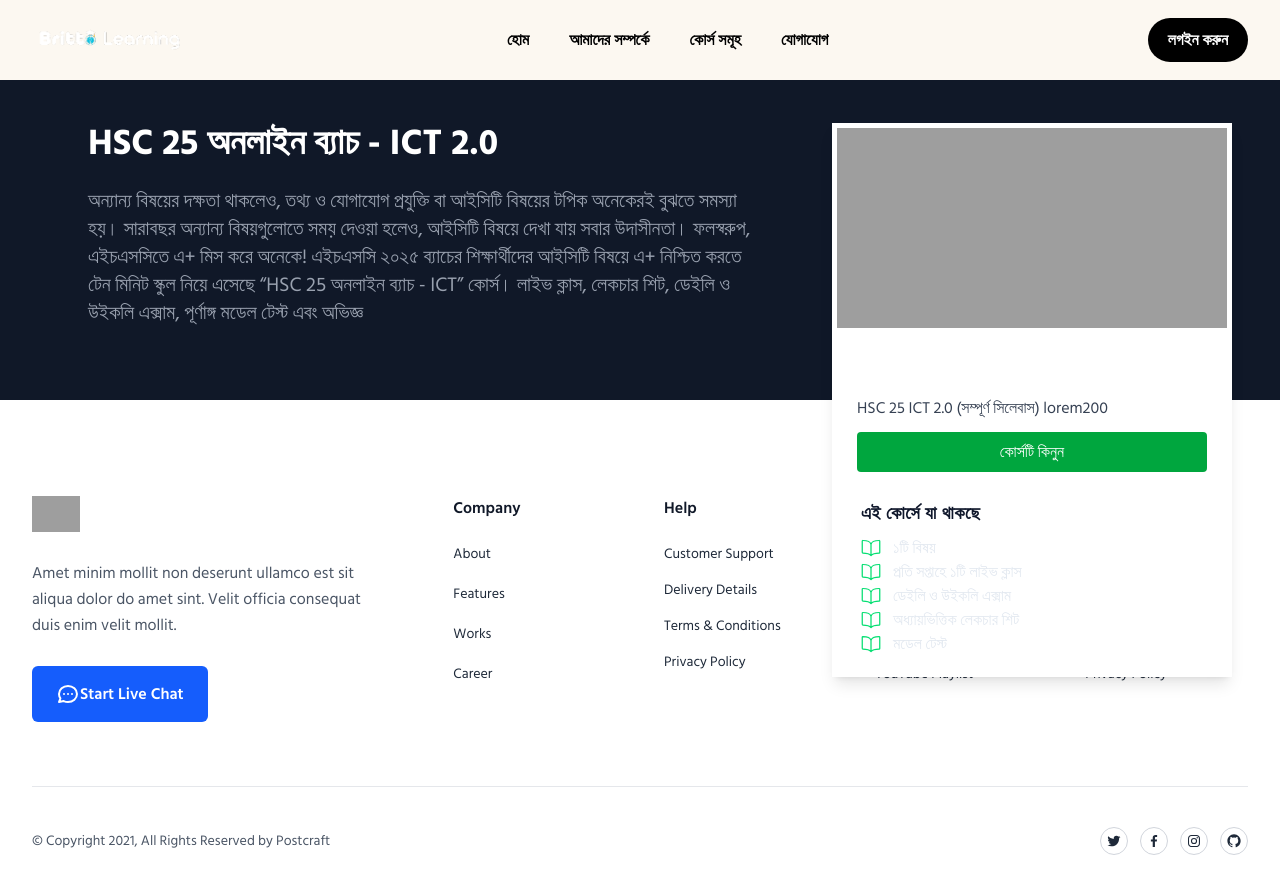
Repository: Ruddro420/course-selling
Page: /single-course
An editor plug-in stored every save of this project. The page is shown before and after the next save, followed by the edit.
The browser window is 1280 px wide. The pictures show the whole page.
Pictures or frames that could not be fetched are drawn as grey boxes. The project was rebuilt for these pictures with package versions that can differ from the ones it lists, and the page was loaded fresh each time. Also part of the build but not shown: vite.config.js, src/components/AboutSection.jsx, src/components/ContactSection.jsx, src/components/CourseSection.jsx, src/components/Hero.jsx, src/components/TeamSection.jsx, src/components/WhyUsSection.jsx, src/pages/Home.jsx and 2 more.

Above is the page before, as saved 2025-02-06 03:46:06.

### index.html
<!doctype html>
<html lang="en">

<head>
  <meta charset="UTF-8" />
  <link rel="icon" type="image/svg+xml" href="/img/fav-icon.jpg" />
  <meta name="viewport" content="width=device-width, initial-scale=1.0" />
  <link rel="preconnect" href="https://fonts.googleapis.com">
  <link rel="preconnect" href="https://fonts.gstatic.com" crossorigin>
  <link href="https://fonts.googleapis.com/css2?family=Hind+Siliguri:wght@300;400;500;600;700&display=swap"
    rel="stylesheet">
  <title>Britto Learning</title>
</head>

<body>
  <div id="root"></div>
  <script type="module" src="/src/main.jsx"></script>
</body>

</html>

### src/main.jsx
import { StrictMode } from 'react'
import { createRoot } from 'react-dom/client'
import './index.css'
import {
  createBrowserRouter,
  RouterProvider,
} from "react-router-dom";
import Home from './pages/Home.jsx';
import MainLayout from './MainLayout/MainLayout.jsx';
import LoginPage from './pages/LoginPage.jsx';
import AuthPage from './pages/AuthPage.jsx';
import CoursePage from './pages/CoursePage.jsx';

const router = createBrowserRouter([
  {
    path: "/",
    element: <MainLayout />,
    children: [
      {
        path: '/',
        element: <Home />
      },
      {
        path: '/single-course',
        element: <CoursePage />
      }
    ]
  },
  {
    path: '/login',
    element: <LoginPage />
  },
  {
    path: '/register',
    element: <AuthPage />
  }
]);

createRoot(document.getElementById('root')).render(
  <StrictMode>
    <RouterProvider router={router} />
  </StrictMode>,
)

### src/index.css
@import "tailwindcss";
/* Hind Siliguri Font */
@import url('https://fonts.googleapis.com/css2?family=Hind+Siliguri:wght@300;400;500;600;700&display=swap');

/* Basic Setup */
body {
  font-family: "Hind Siliguri", serif!important;
}
.course{
  padding-top: 4rem;
}

.main-card{
  border: 5px solid white;
  width: 400px;
}
.hero-cards{
  margin-top: 200px;
}
.card-vedio{
  height: 200px;
}


.sylebus{
  width: 616px;
}

@media(max-width:768px){

  .course-hero-section {

      height: 550px;
      margin-bottom: 400px;
  }
  .course{
      /* height: 550px; */

  }
  .course-hero{
      margin-top: 330px;
  }
  .hero-cards{
      margin-top: 0px;
      padding-top: 10px;
  }
  .hero-cards2{
      margin-top: 0px;
      padding-top: 0px;
  }
  .main-card{
      border: 5px solid white;
      width: 350px;
      margin: auto;
  }
  .sylebus{
      width: 360px;
  }

}

### src/MainLayout/MainLayout.jsx
import { Outlet } from "react-router-dom";
import Header from "../components/Header";
import MainFooter from "../components/MainFooter";

const MainLayout = () => {
    return (
        <div>
            <Header />
            <Outlet />
            <MainFooter />
        </div>
    );
};

export default MainLayout;

### src/pages/CoursePage.jsx

import CourseHero from '../components/courseComponent/CourseHero';

const CoursePage = () => {
  return (
    <>
      <CourseHero />
    </>
  );
};

export default CoursePage;

### src/components/Header.jsx
import { Link } from "react-router-dom";

const Header = () => {
    return (
        <div>
            <header className="bg-[#FCF8F1] bg-opacity-30">
                <div className="px-4 mx-auto sm:px-6 lg:px-8">
                    <div className="flex items-center justify-between h-16 lg:h-20">
                        <div className="flex-shrink-0">
                            <a href="#" title="" className="flex">
                                <img className="w-auto h-8" src="../../img/logo.png" alt="" />
                            </a>
                        </div>

                        <button type="button" className="inline-flex p-2 text-black transition-all duration-200 rounded-md lg:hidden focus:bg-gray-100 hover:bg-gray-100">
                            {/*    <!-- Menu open: "hidden", Menu closed: "block" --> */}
                            <svg className="block w-6 h-6" xmlns="http://www.w3.org/2000/svg" fill="none" viewBox="0 0 24 24" stroke="currentColor">
                                <path strokeLinecap="round" strokeLinejoin="round" strokeWidth="2" d="M4 8h16M4 16h16"></path>
                            </svg>

                            {/*  <!-- Menu open: "block", Menu closed: "hidden" --> */}
                            <svg className="hidden w-6 h-6" xmlns="http://www.w3.org/2000/svg" fill="none" viewBox="0 0 24 24" stroke="currentColor">
                                <path strokeLinecap="round" strokeLinejoin="round" strokeWidth="2" d="M6 18L18 6M6 6l12 12"></path>
                            </svg>
                        </button>

                        <div className="hidden lg:flex lg:items-center lg:justify-center lg:space-x-10">
                            <a href="#" title="" className="text-base text-black transition-all duration-200 hover:text-opacity-80 font-bold"> হোম </a>

                            <a href="#" title="" className="text-base text-black transition-all duration-200 hover:text-opacity-80 font-bold"> আমাদের সম্পর্কে </a>

                            <a href="#" title="" className="text-base text-black transition-all duration-200 hover:text-opacity-80 font-bold"> কোর্স সমূহ </a>

                            <a href="#" title="" className="text-base text-black transition-all duration-200 hover:text-opacity-80 font-bold"> যোগাযোগ </a>
                        </div>

                        <Link to='/login' href="#" title="" className="hidden lg:inline-flex items-center justify-center px-5 py-2.5 text-base transition-all duration-200 hover:bg-yellow-300 hover:text-black focus:text-black focus:bg-yellow-300 font-semibold text-white bg-black rounded-full" role="button"> লগইন করুন </Link>
                    </div>
                </div>
            </header>
        </div>
    );
};

export default Header;

### src/components/courseComponent/CourseHero.jsx
import { IoBookOutline } from "react-icons/io5";

const CourseHero = () => {
  return (
    <div>
    <div className="bg-gray-900 py-20 course-hero-section  h-80 flex items-center justify-between mx-auto p-4">
      <div className="container mx-auto mt-10 max-w-screen-xl md:px-12">
        <div className="flex flex-col course-hero md:flex-row md:gap-12">

          <div className="md:w-1/2 lg:w-2/3 pt-20 px-6 flex-grow hero-cards">
            <h1 className=" md:text-4xl text-xl text-white font-bold mb-6">
              HSC 25 অনলাইন ব্যাচ - ICT 2.0
            </h1>
            <p className="text-md md:text-xl lg:text-xl text-gray-400 mb-8">
              অন্যান্য বিষয়ের দক্ষতা থাকলেও, তথ্য ও যোগাযোগ প্রযুক্তি বা
              আইসিটি বিষয়ের টপিক অনেকেরই বুঝতে সমস্যা হয়। সারাবছর অন্যান্য
              বিষয়গুলোতে সময় দেওয়া হলেও, আইসিটি বিষয়ে দেখা যায় সবার উদাসীনতা।
              ফলস্বরুপ, এইচএসসিতে এ+ মিস করে অনেকে! এইচএসসি ২০২৫ ব্যাচের
              শিক্ষার্থীদের আইসিটি বিষয়ে এ+ নিশ্চিত করতে টেন মিনিট স্কুল নিয়ে
              এসেছে “HSC 25 অনলাইন ব্যাচ - ICT” কোর্স। লাইভ ক্লাস, লেকচার শিট,
              ডেইলি ও উইকলি এক্সাম, পূর্ণাঙ্গ মডেল টেস্ট এবং অভিজ্ঞ
            </p>
          </div>

          <div className="md:w-1/2 lg:w-1/3 z-40  pt-20  md:mt-12  flex-shrink-0 hero-cards hero-cards2">
            <div className="max-w-md pb-4  bg-white  border-gray-200 dark:bg-gray-800 dark:border-gray-700  shadow-lg main-card">
              <a href="#">
                <iframe
                  className="w-full card-vedio"
                  src="https://www.youtube.com/embed/IjlYXtI2-GU?si=gBJ8wmkM5Jta3u4m"
                  title="YouTube video player"
                  frameBorder="0"
                  allow="accelerometer; autoplay; clipboard-write; encrypted-media; gyroscope; picture-in-picture; web-share"
                  referrerPolicy="strict-origin-when-cross-origin"
                  allowFullScreen
                ></iframe>
              </a>
              {/* Fee-container */}
              <div className="suggestion-pricing dark:text-white">
                <div className="p-5">
                  <a href="#">
                    <h5 className="mb-2 text-2xl font-bold tracking-tight text-gray-900 dark:text-white">
                      <span className="text-4xl font-semibold text-white tracking-tighter">
                        ৳1500
                      </span>
                    </h5>
                  </a>
                  <p className="mb-3 font-normal dark:text-white text-gray-700">
                    HSC 25 ICT 2.0 (সম্পূর্ণ সিলেবাস) lorem200
                  </p>
                  <button className="bg-green-600 whitespace-nowrap text-center md:w-full w-full rounded py-2 lg:py-2 text-white ">
                    কোর্সটি কিনুন
                  </button>
                </div>

                <div className="">
                  <h3 className="text-lg  font-bold text-slate-900 tracking-wide uppercase px-6 py-2">
                    এই কোর্সে যা থাকছে
                  </h3>
                  <li className="flex space-x-3 items-center px-6">
                    <IoBookOutline className="flex-shrink-0  h-5 w-5 text-green-400" />
                    <span className="text-base text-slate-200">১টি বিষয়</span>
                  </li>
                  <li className="flex space-x-3 items-center px-6">
                    <IoBookOutline className="flex-shrink-0  h-5 w-5 text-green-400" />
                    <span className="text-base text-slate-200">
                      প্রতি সপ্তাহে ১টি লাইভ ক্লাস
                    </span>
                  </li>
                  <li className="flex space-x-3 items-center px-6">
                    <IoBookOutline className="flex-shrink-0  h-5 w-5 text-green-400" />
                    <span className="text-base text-slate-200">
                      ডেইলি ও উইকলি এক্সাম
                    </span>
                  </li>
                  <li className="flex space-x-3 items-center px-6">
                    <IoBookOutline className="flex-shrink-0  h-5 w-5 text-green-400" />
                    <span className="text-base text-slate-200">
                      অধ্যায়ভিত্তিক লেকচার শিট
                    </span>
                  </li>
                  <li className="flex space-x-3 items-center px-6">
                    <IoBookOutline className="flex-shrink-0  h-5 w-5 text-green-400" />
                    <span className="text-base text-slate-200">
                      মডেল টেস্ট
                    </span>
                  </li>
                </div>
              </div>
            </div>
          </div>


        </div>
      </div>
    </div>
  </div>
  );
};

export default CourseHero;

Loaded but not shown: src/components/MainFooter.jsx (182 lines, source omitted)

After the next save:
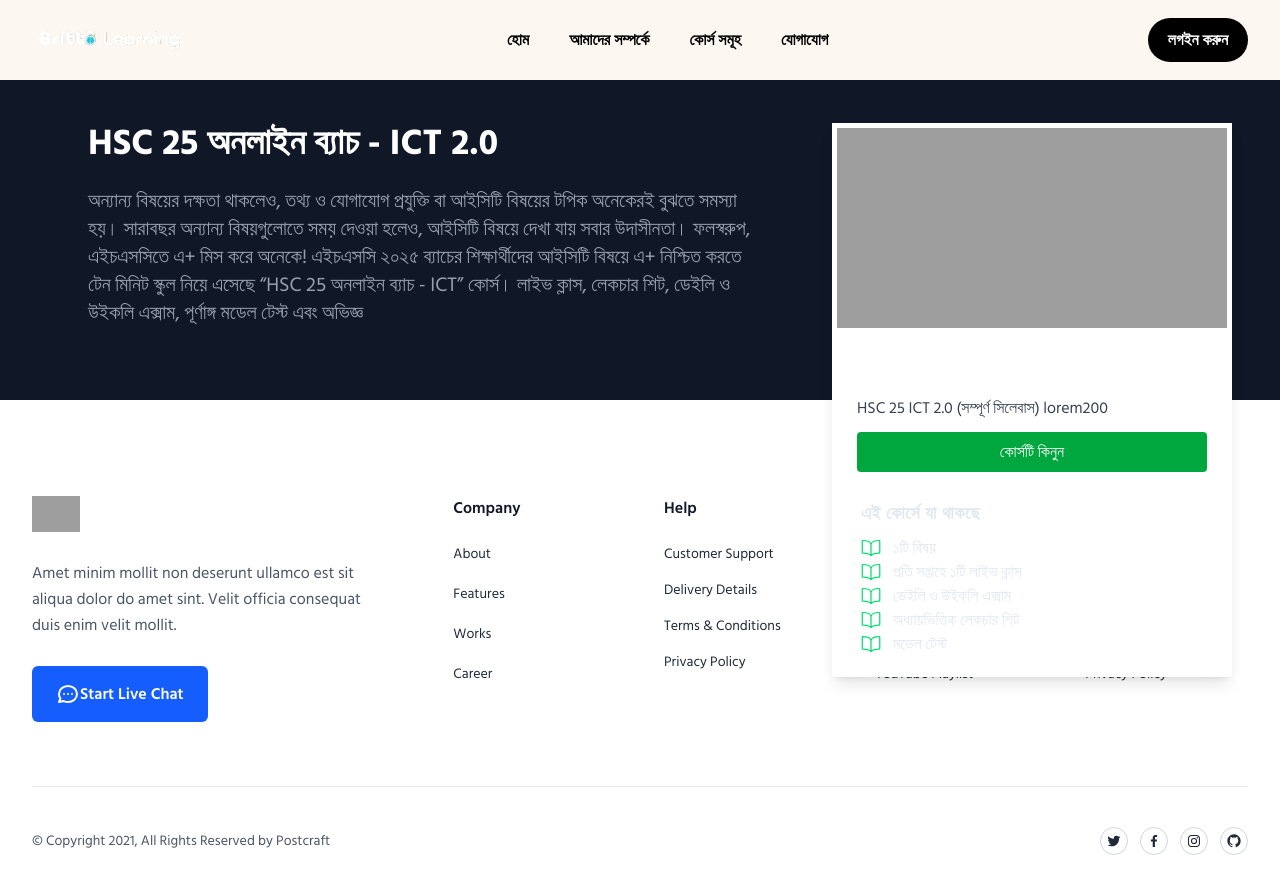
Saved 8 s later.
--- a/src/components/courseComponent/CourseHero.jsx
+++ b/src/components/courseComponent/CourseHero.jsx
@@ -54,7 +54,7 @@ const CourseHero = () => {
                 </div>
 
                 <div className="">
-                  <h3 className="text-lg  font-bold text-slate-900 tracking-wide uppercase px-6 py-2">
+                  <h3 className="text-lg  font-bold text-slate-200 tracking-wide uppercase px-6 py-2">
                     এই কোর্সে যা থাকছে
                   </h3>
                   <li className="flex space-x-3 items-center px-6">
